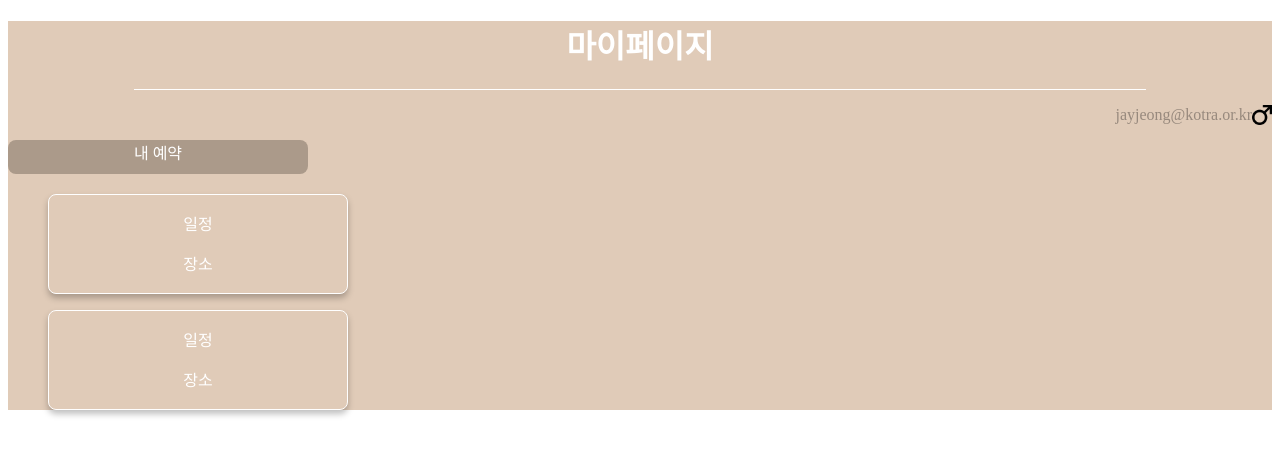
Repository: Jay-Jeong1988/speed_dating_pwa
Page: /booked_events
The author's editor kept a copy of each file at every save. The page is drawn from the files as they stood at one save, then again after a run of saves.
The browser window is 1280 px wide. The pictures show the whole page.
The project was rebuilt for these pictures with package versions that can differ from the ones it lists, and the page was loaded fresh each time. Also part of the build but not shown: vue.config.js, src/views/LoginPage.vue, src/views/DashBoard.vue.

Above is the page before, as saved 2023-02-11 10:41:06.

### src/App.vue
<template>
  <router-view/>
</template>

<style>
#app {
  font-family: Avenir, Helvetica, Arial, sans-serif;
  -webkit-font-smoothing: antialiased;
  -moz-osx-font-smoothing: grayscale;
  text-align: center;
  color: #ffffff;
  background-color: #E0CBB8;
  font-family: Battambang;
}

nav {
  padding: 30px;
}

nav a {
  font-weight: bold;
  color: #2c3e50;
}

nav a.router-link-exact-active {
  color: #42b983;
}

ul {
  list-style-type: none;
}
</style>

### src/router/index.js
import { createRouter, createWebHistory } from 'vue-router'
import LoginPage from '../views/LoginPage.vue'
import DashBoard from '../views/DashBoard.vue'
import BookedEventsPage from '../views/BookedEventsPage.vue'

const routes = [
  {
    path: '/',
    name: 'loginPage',
    component: LoginPage
  },
  {
    path: '/dashboard',
    name: 'dashBoard',
    component: DashBoard
  },
  {
    path: '/booked_events',
    name: 'Booked_events_page',
    component: BookedEventsPage
  }
]

const router = createRouter({
  history: createWebHistory(process.env.BASE_URL),
  routes
})

export default router

### src/views/BookedEventsPage.vue
<template>
    <div class="BookedEventsPage">
      <Header></Header>
      <div class="menuContainer" v-if="booked_events.length">
        <div class="reservation-type">내 예약</div>
        <ul class="menus" v-for="event in booked_events" :key="event.id">
            <li >
              <div class="reservation">
                <div class="reservation-card">
                  <p>일정 {{ event.date }} {{  event.time }}</p>
                  <p>장소 {{ event.branch }}</p>
                </div>
              </div>
            </li>
        </ul>
      </div>
      <NoReservationCard v-else></NoReservationCard>
    </div>
  </template>
  <script>
  import NoReservationCard from '../components/no_reservation_card.vue'
  import Header from '../components/header.vue'
  import events from '../assets/test_data/events.json'
  export default {
    name: 'Booked_events_page',
    props: {

    },
    data() {
      return {
        booked_events: [],
        finished_events: []
      }
    },
    methods: {
    },
    components: { Header, NoReservationCard },
    mounted() {
      events.forEach((item)=>{
        if(item.isOver){
          this.finished_events.push("1")
        }else {
          this.booked_events.push("2")
        }
      })
    }
  }

  </script>

  <!-- Add "scoped" attribute to limit CSS to this component only -->
  <style scoped lang="scss">
    .reservation-type {
      width: 300px;
      height: 34px;
      background: #AB9A8A;
      border-radius: 8px;
      margin-bottom: 20px;
    }
    .reservation-card {
      box-sizing: border-box;
      width: 300px;
      height: 100px;
      background: #E0CBB8;
      border: 1px solid #FFFFFF;
      box-shadow: 0px 4px 6px rgba(0, 0, 0, 0.25);
      border-radius: 8px;
    }
  </style>

### src/components/header.vue
<template>
     <div class="page-header">
        <h1 class="title">마이페이지</h1>
      </div>
      <div class="userInfo">
        <p id="emailAddress">jayjeong@kotra.or.kr</p>
        <img id="gender-icon" src="../assets/images/gender-male.png"/>
      </div>
</template>
<script>
    export default {
        name: 'Header_component',
        data() {
            return {}
        }
    }
</script>
<style scoped lang="scss">
    .page-header {
        width: 80%;
        margin: auto;
        border-bottom: 1px solid #fff;
    }
    .userInfo {
        display: flex;
        justify-content: flex-end;
        align-items: center;
        color: #97897D;
        #gender-icon {
            width: 20px;
            height: 20px;
        }
    }
</style>

### src/components/no_reservation_card.vue
<template>
    <div class="no-appointment-card">
      <img id="no-reservation-icon" src="../assets/images/no_appointment.svg"/>
      <p>아직 예약된 데이트가 없습니다</p>
    </div>
</template>
<script>
export default {
  name: 'no_appointment_card',
  props: {

  },
  data() {
    return {
    }
  },
  methods: {
  }
}
</script>

<!-- Add "scoped" attribute to limit CSS to this component only -->
<style scoped lang="scss">
.no-appointment-card {
    box-sizing: border-box;
    width: 236px;
    height: 170px;
    background: #AB9A8A;
    border: 0.845px solid #F2F2F2;
    box-shadow: 0px 4px 6px rgba(0, 0, 0, 0.25);
    border-radius: 8px;
    display: flex;
    flex-direction: column;
    justify-content: center;
    align-items: center;
    position: relative;
    margin: auto;
    top: 100px;
    #no-reservation-icon {
        width: 25px;
        height: 25px;
    }
}
</style>

### src/assets/test_data/events.json
[
    {
        "id": 0,
        "date": "Mon, Feb 2, 2023",
        "time": "14:00",
        "branch": "세종점",
        "party_size": 20,
        "price": 100000,
        "attendees": [],
        "isOver": true
    },
    {
        "id": 0,
        "date": "Mon, Feb 2, 2023",
        "time": "14:00",
        "branch": "부산점",
        "party_size": 20,
        "price": 100000,
        "attendees": [],
        "isOver": false
    },
    {
        "id": 0,
        "date": "Mon, Feb 2, 2023",
        "time": "14:00",
        "branch": "강남점",
        "party_size": 20,
        "price": 100000,
        "attendees": [],
        "isOver": false
    }
]

Loaded but not shown: public/index.html (common file); src/main.js (common file); src/registerServiceWorker.js (common file)

After the next 3 saves:
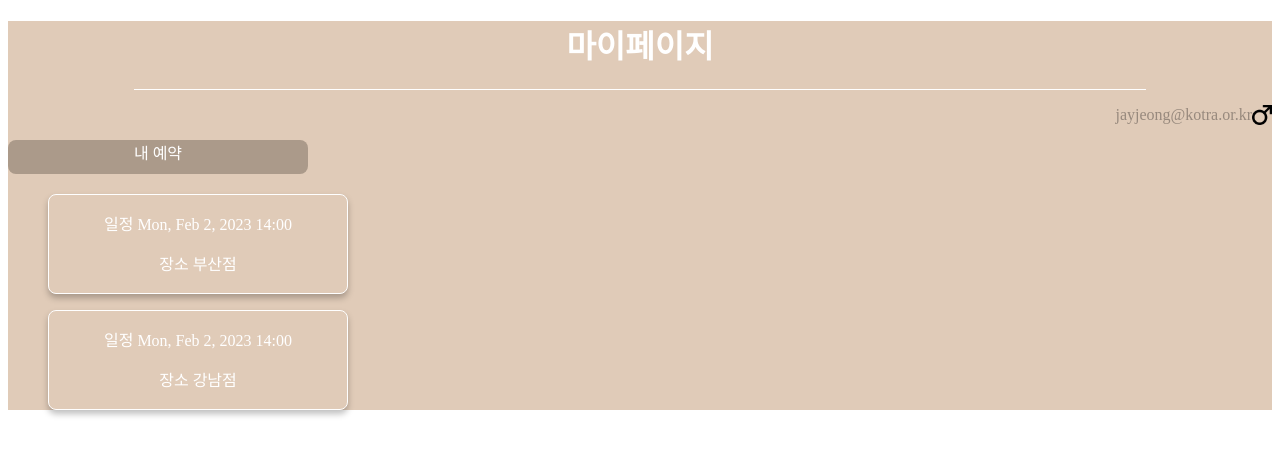
The 3 saves are shown as one change because they came seconds apart.
The last was saved 11 s later.
--- a/src/views/BookedEventsPage.vue
+++ b/src/views/BookedEventsPage.vue
@@ -38,9 +38,9 @@
     mounted() {
       events.forEach((item)=>{
         if(item.isOver){
-          this.finished_events.push("1")
+          this.finished_events.push(item)
         }else {
-          this.booked_events.push("2")
+          this.booked_events.push(item)
         }
       })
     }
